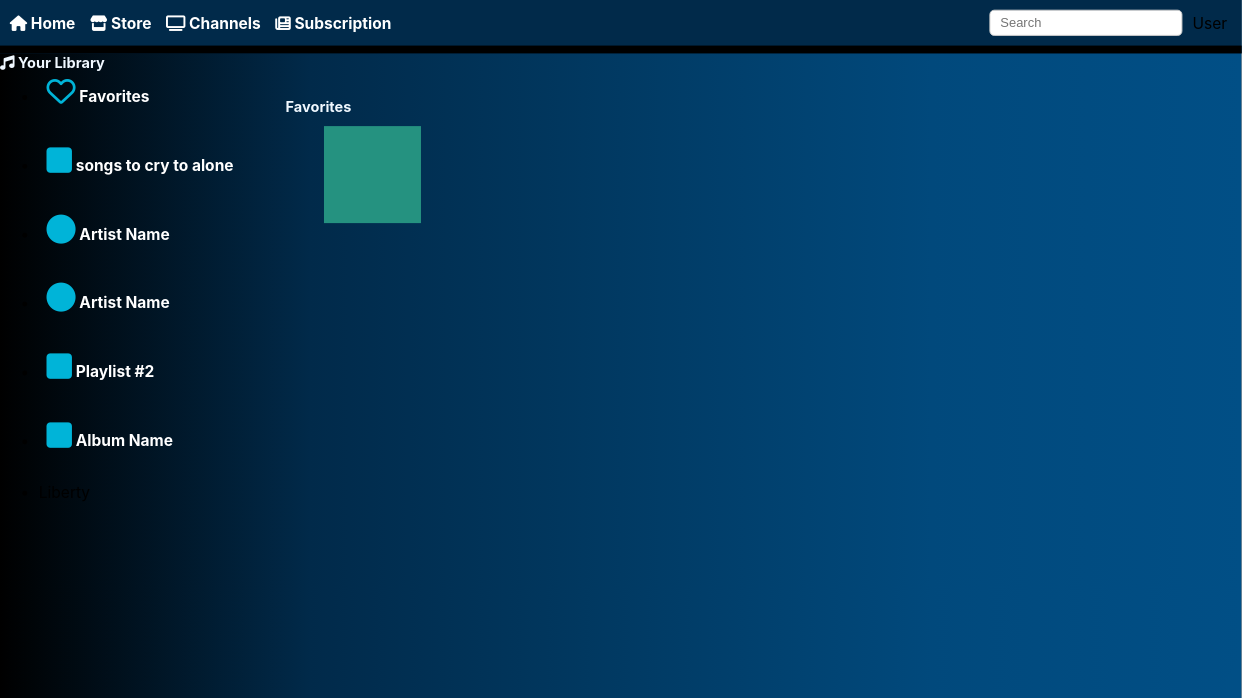
Repository: gordonnrat/group-2-project
Page: / (app in source-code/)
An editor plug-in stored every save of this project. The page is shown before and after the next save, followed by the edit.
The browser window is 1280 px wide. The pictures show the whole page, at 97% of full size.
The project was rebuilt for these pictures with package versions that can differ from the ones it lists, and the page was loaded fresh each time. Also part of the build but not shown: source-code/src/App.css, source-code/src/App.js, source-code/src/components/pages/Login.js.

Above is the page before, as saved 2023-07-26 16:38:44.

After the next save:
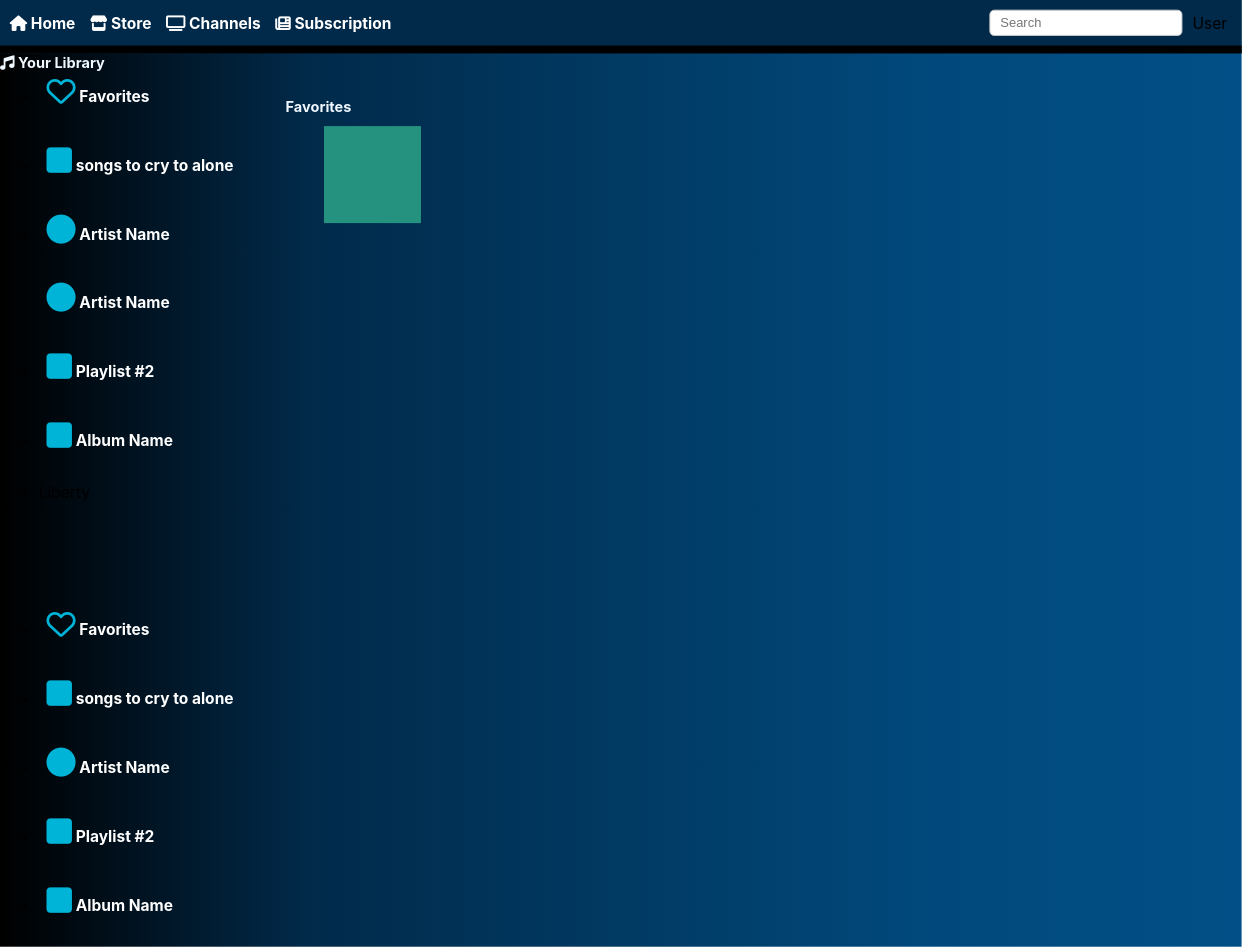
Saved 78 s later.
--- a/source-code/src/components/pages/Home.js
+++ b/source-code/src/components/pages/Home.js
@@ -1,6 +1,7 @@
 import React from "react";
-import { Link } from "react-router-dom"; // Assuming you're using React Router for navigation
+import { Link } from "react-router-dom";
 import Navbar from "../Navbar";
+import Sidebar from "../Sidebar"; // Import the Sidebar component
 import "./js.css"; // Import the CSS file you created
 
 function Home() {
@@ -13,12 +14,13 @@ function Home() {
       <ul>
         <li>Liberty</li>
       </ul>
-      <a href="/Favorites"> {/* Anchor tag to make the square clickable */}
+      <a href="#favorites"> {/* Anchor tag to make the square clickable */}
         <div className="square-container">
           <div className="text">Favorites</div> {/* Add the text above the square */}
           <div className="square"></div>
         </div>
       </a>
+      <Sidebar /> {/* Render the Sidebar component */}
     </div>
   );
 }
